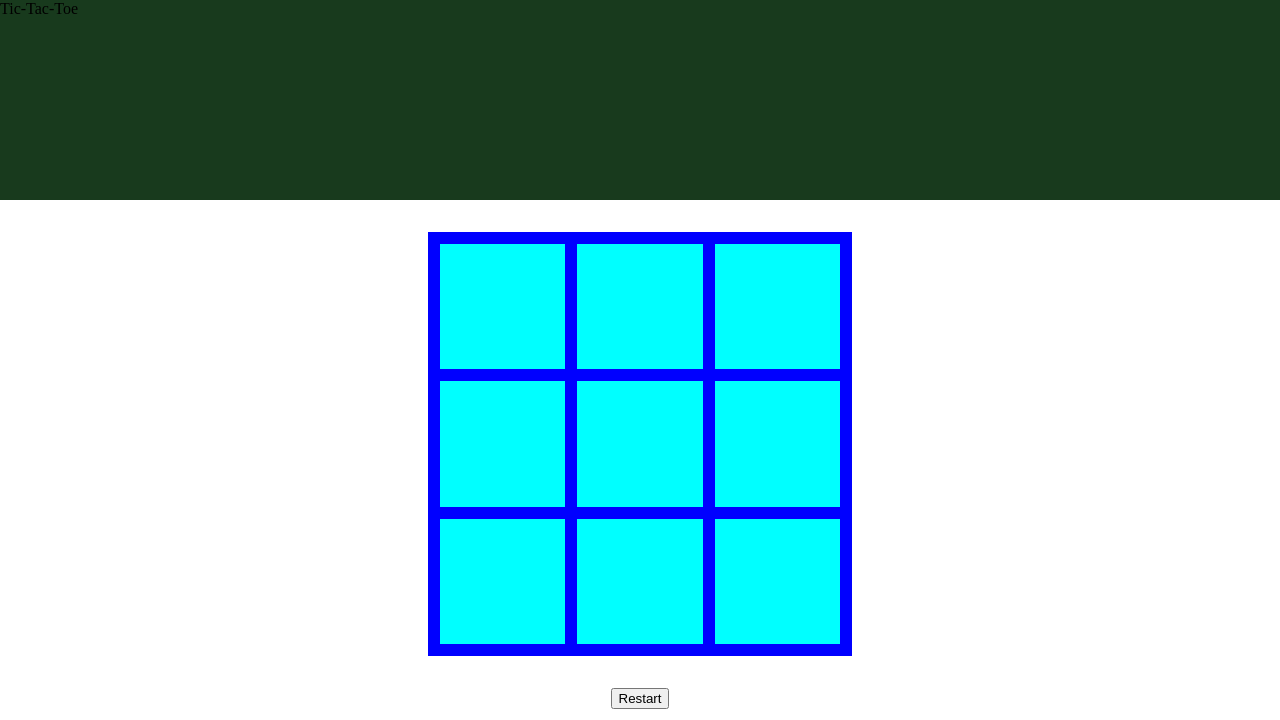
Repository: yeetzpxoci/tic-tac-toe
Page: index.html
An editor plug-in stored every save of this project. The page is shown before and after a run of saves, followed by the edit.
The browser window is 1280 px wide. The pictures show the whole page.

Above is the page before, as saved 2023-02-23 18:40:37.

After the next 2 saves:
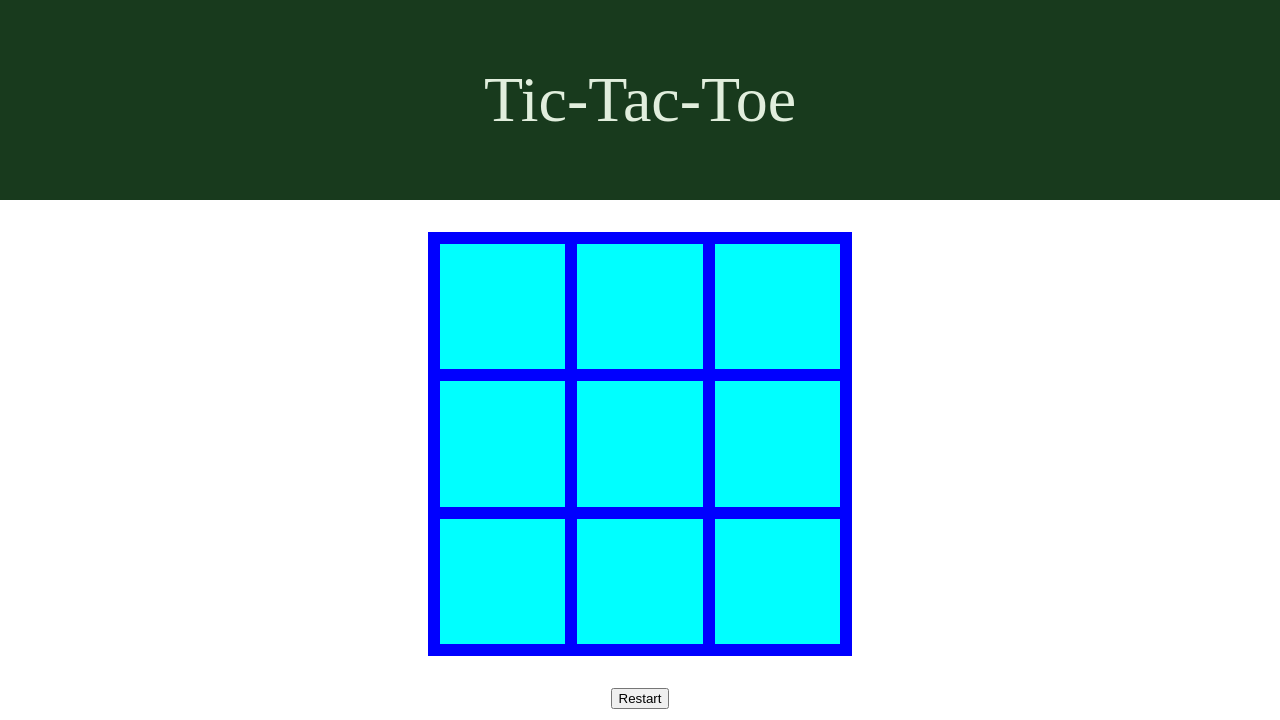
The 2 saves are shown as one change because they came seconds apart.
The last was saved 40 s later.
--- a/styles.css
+++ b/styles.css
@@ -13,9 +13,14 @@ body {
 }
 
 .header {
+    display: flex;
+    justify-content: center;
+    align-items: center;
     background-color: #183A1D;
     width: 100%;
     height: 200px;
+    color: #E1EEDD;
+    font-size: 64px;
 }
 
 .board {
